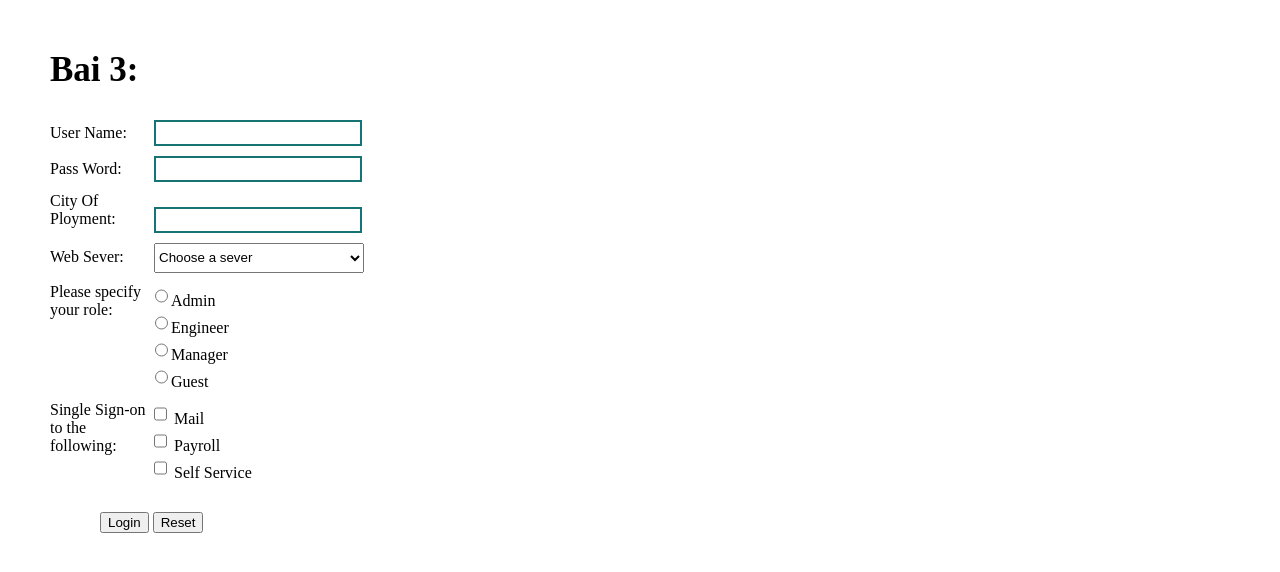
Repository: truongtn04/f8-fullstack-k5
Page: day03/ex03.html
An editor plug-in stored every save of this project. The page is shown before and after the next save, followed by the edit.
The browser window is 1280 px wide. The pictures show the whole page.

Above is the page before, as saved 2023-11-27 12:23:06.

After the next save:
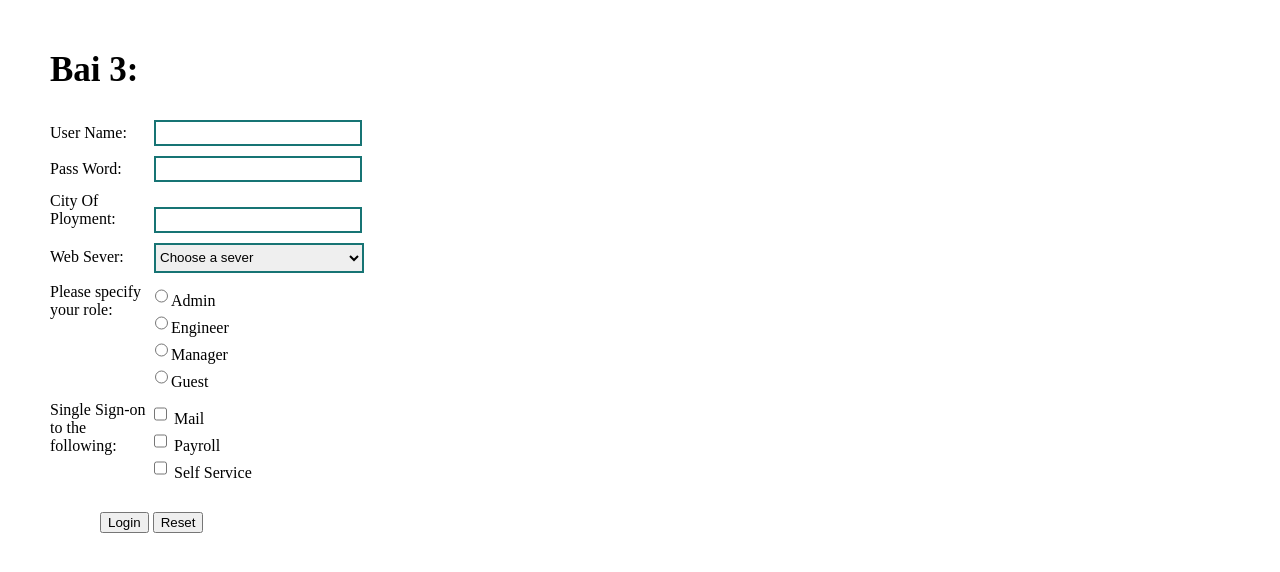
Saved 22 s later.
--- a/day03/css/ex03.css
+++ b/day03/css/ex03.css
@@ -28,6 +28,7 @@ b{
 select{
     width: 210px;
     height: 30px;
+    border: 2px solid rgb(23, 116, 116);
 }
 .form-item__bonus{
     display: flex;
